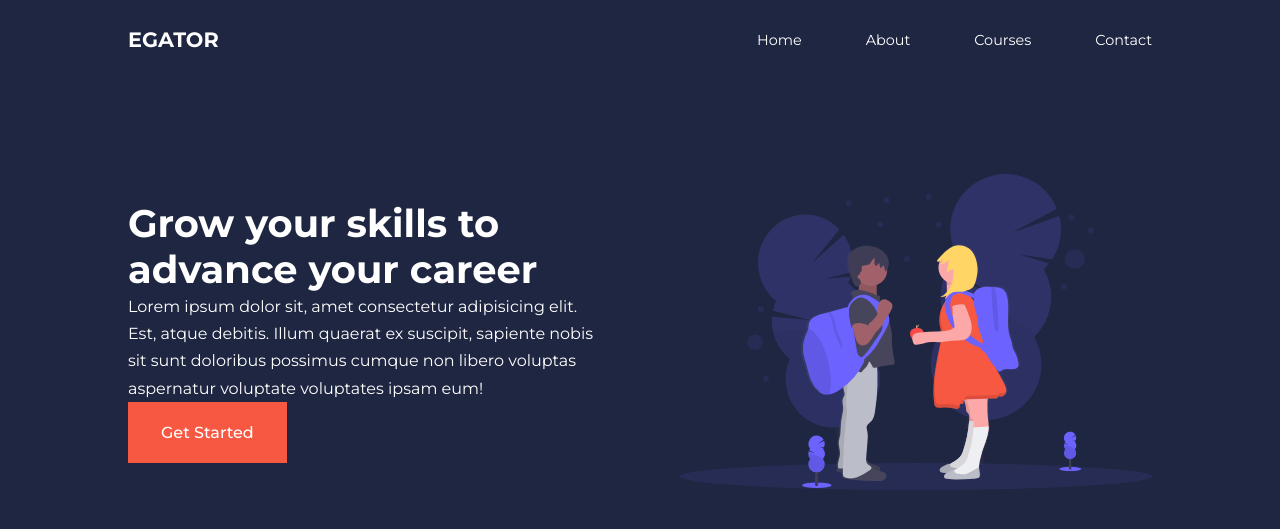
Repository: QUANGTHAI2003/education-web
Page: index.html
These files come from the project's save history. The page is drawn as it stood at one moment and after the next save; the edit follows.
The browser window is 1280 px wide. The pictures show the whole page.

Above is the page before, as saved 2022-03-11 10:35:55.

### index.html
<!DOCTYPE html>
<html lang="en">

<head>
    <meta charset="UTF-8" />
    <meta http-equiv="X-UA-Compatible" content="IE=edge" />
    <meta name="viewport" content="width=device-width, initial-scale=1.0" />
    <title>Responsive Multipage Education</title>
    <!-- ICONSCOUT CDN -->
    <link rel="stylesheet" href="https://unicons.iconscout.com/release/v2.1.6/css/unicons.css" />
    <!-- GOOGLE FONTS -->
    <link rel="preconnect" href="https://fonts.googleapis.com" />
    <link rel="preconnect" href="https://fonts.gstatic.com" crossorigin />
    <link
        href="https://fonts.googleapis.com/css2?family=Montserrat:wght@300;400;500;600;700;800;900&family=Poppins:wght@300;400;600&display=swap"
        rel="stylesheet" />

    <link rel="stylesheet" href="./css/style.css" />
</head>

<body>
    <nav>
        <div class="container nav__container">
            <a href="index.html">
                <h4>EGATOR</h4>
            </a>
            <ul class="nav__menu">
                <li><a href="index.html">Home</a></li>
                <li><a href="about.html">About</a></li>
                <li><a href="courses.html">Courses</a></li>
                <li><a href="contact.html">Contact</a></li>
            </ul>
            <button id="open-menu-btn">
                <i class="uil uil-bars"></i>
            </button>
            <button id="close-menu-btn">
                <i class="uil uil-multiply"></i>
            </button>
        </div>
    </nav>
    <!-- END OF NAVBAR -->
    <header>
        <div class="container header__container">
            <div class="header__left">
                <h1>Grow your skills to advance your career</h1>
                <p>
                    Lorem ipsum dolor sit, amet consectetur adipisicing
                    elit. Est, atque debitis. Illum quaerat ex suscipit,
                    sapiente nobis sit sunt doloribus possimus cumque non
                    libero voluptas aspernatur voluptate voluptates ipsam
                    eum!
                </p>
                <a href="courses.html" class="btn btn-primary">Get Started</a>
            </div>
            <div class="header__right">
                <div class="header__right-image">
                    <img src="./images/header.svg">
                </div>
            </div>
        </div>
    </header>
    <!-- END OF HEADER -->

</body>

</html>

### css/style.css
* {
    margin: 0;
    padding: 0;
    border: 0;
    outline: 0;
    text-decoration: none;
    list-style: none;
    box-sizing: border-box;
}

:root {
    --color-primary: #6c63ff;
    --color-success: #00bf8e;
    --color-warning: #f7c94b;
    --color-danger: #f75842;
    --color-danger-variant: rgba(247, 88, 66, 0.4);
    --color-white: #fff;
    --color-light: rgba(255, 255, 255, 0.7);
    --color-black: #000;
    --color-bg: #1f2641;
    --color-bg1: #2e3267;
    --color-bg2: #424890;

    --container-width-lg: 80%;
    --container-width-md: 90%;
    --container-width-sm: 94%;

    --transition: all 400ms ease;
}

body {
    font-family: 'Montserrat', sans-serif;
    line-height: 1.7;
    color: var(--color-white);
    background: var(--color-bg);
}

.container {
    width: var(--container-width-lg);
    margin: 0 auto;
}

section {
    padding: 6rem 0;
}

section h2 {
    text-align: center;
    margin-bottom: 4rem;
}

h1,
h2,
h3,
h4,
h5 {
    line-height: 1.2;
}

h1 {
    font-size: 2.4rem;
}

h2 {
    font-size: 2rem;
}

h3 {
    font-size: 1.3rem;
}

h4 {
    font-size: 1.3rem;
}

a {
    color: var(--color-white);
}

img {
    width: 100%;
    display: block;
    object-fit: cover;
}

.btn {
    display: inline-block;
    background: var(--color-white);
    color: var(--color-black);
    padding: 1rem 2rem;
    border: 1px solid transparent;
    font-weight: 500;
    transition: var(--transition);
}

.btn:hover {
    background: transparent;
    color: var(--color-white);
    border-color: var(--color-white);
}

.btn-primary {
    background: var(--color-danger);
    color: var(--color-white);
}

/* ================= NAVBAR =================*/
nav {
    background: transparent;
    width: 100vw;
    height: 5rem;
    position: fixed;
    top: 0;
    z-index: 11;
}

.nav__container {
    height: 100%;
    display: flex;
    justify-content: space-between;
    align-items: center;
}

nav button {
    display: none;
}

.nav__menu {
    display: flex;
    align-items: center;
    gap: 4rem;
}

.nav__menu a {
    font-size: 0.9rem;
    transition: var(--transition);
}

.nav__menu a:hover {
    color: var(--color-bg2);
}

/* ================= HEADER =================*/
header {
    position: relative;
    top: 5rem;
    overflow: hidden;
    height: 70vh;
    margin-bottom: 5rem;
}

.header__container {
    display: grid;
    grid-template-columns: repeat(2, 1fr);
    align-items: center;
    gap: 5rem;
    height: 100%;
}

After the next save:
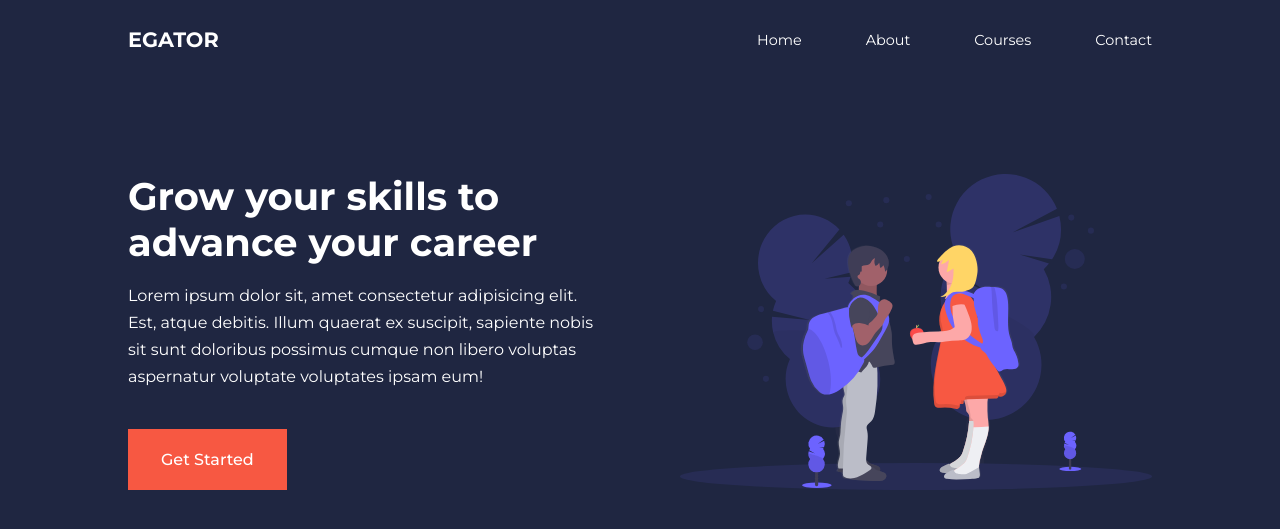
Saved 3 min 12 s later.
--- a/css/style.css
+++ b/css/style.css
@@ -156,3 +156,7 @@ header {
     gap: 5rem;
     height: 100%;
 }
+
+.header__left p {
+    margin: 1rem 0 2.4rem;
+}
